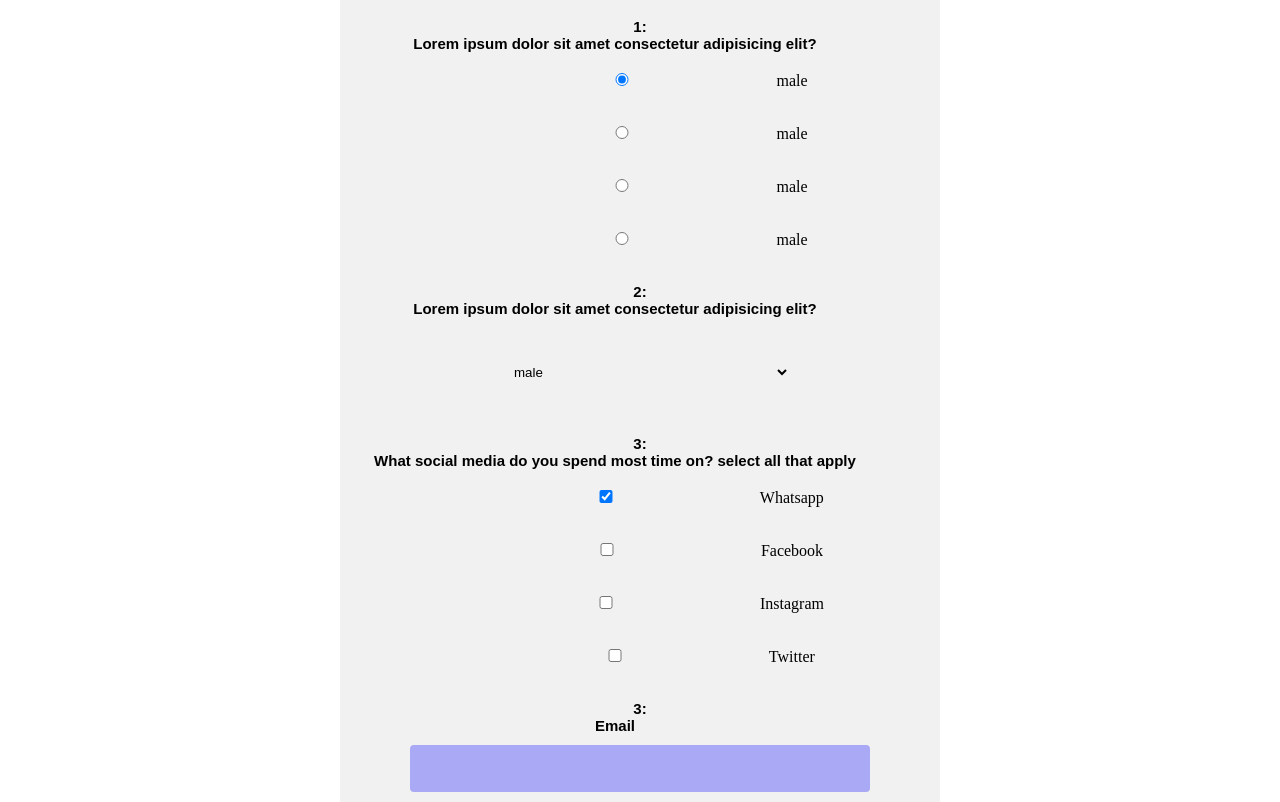
Repository: Grace229/Hasob-form
Page: index.html
An editor plug-in stored every save of this project. The page is shown before and after a run of saves, followed by the edit.
The browser window is 1280 px wide. The pictures show the whole page.

Above is the page before, as saved 2020-12-27 11:40:46.

After the next 3 saves:
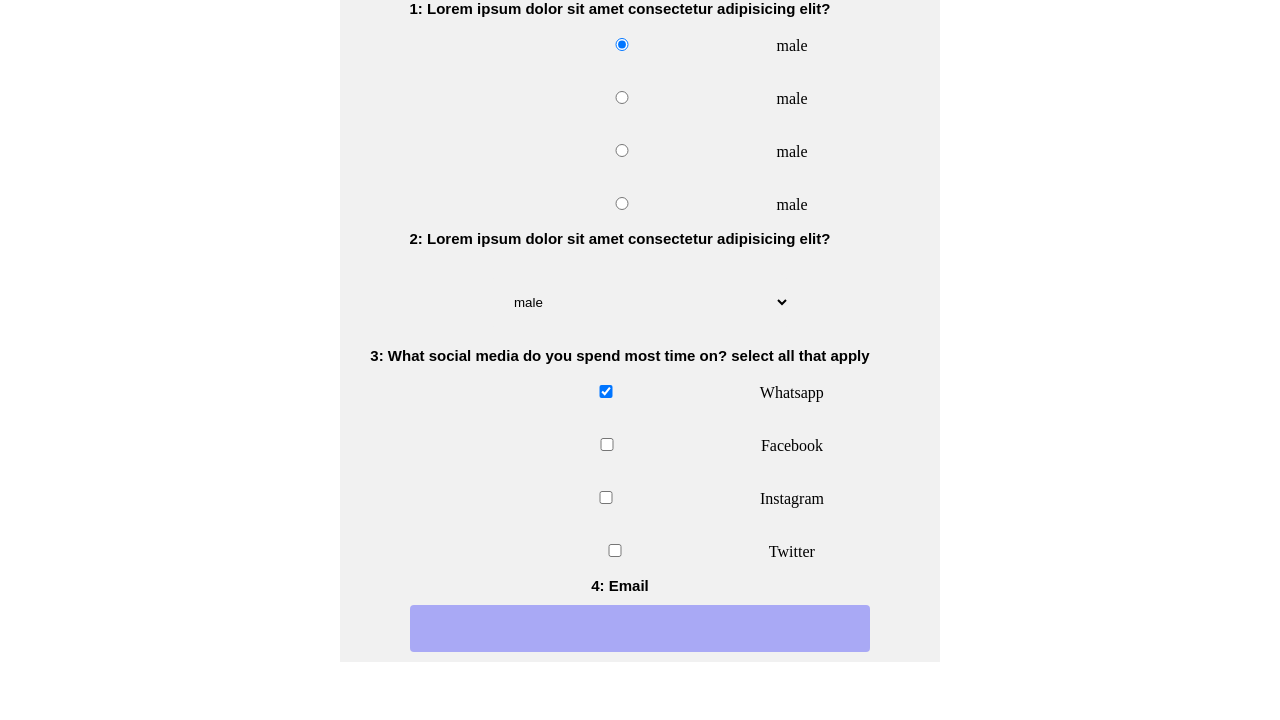
The 3 saves are shown as one change because they came seconds apart.
The last was saved 14 s later.
--- a/index.html
+++ b/index.html
@@ -10,7 +10,7 @@
     <form>
         <!-- radio button -->
         <div>
-            <label class="question" for=""><p>1:</p> Lorem ipsum dolor sit amet consectetur adipisicing elit? </label> <br>
+            <label class="question" for="">1: Lorem ipsum dolor sit amet consectetur adipisicing elit? </label> <br>
                 <input type="radio" name="gender" value="male" class="input" checked>
                 <label> male</label>
                 <input type="radio" name="gender" value="male" class="input">
@@ -23,7 +23,7 @@
         </div>
         <!-- dropdown -->
         <div>
-            <label  class="question" for=""><p>2:</p> Lorem ipsum dolor sit amet consectetur adipisicing elit? </label><br>
+            <label  class="question" for="">2: Lorem ipsum dolor sit amet consectetur adipisicing elit? </label><br>
                <select name="grace" id="input">
                    <option value="male" class="check">
                     <label> male</label>
@@ -41,7 +41,7 @@
         </div>
         <!-- checkboxes -->
            <div>
-            <label  class="question" for=""><p>3:</p> What social media do you spend most time on? select all that apply</label><br>
+            <label  class="question" for="">3: What social media do you spend most time on? select all that apply</label><br>
                <input type="checkbox" name="gender" value="male" class="input" checked>
                <label> Whatsapp</label>
                 <input type="checkbox" name="gender" value="male" class="input">
@@ -53,7 +53,7 @@
         </div>
         <!-- textbox -->
         <div>
-            <label  class="question" for=""> <p>3:</p> Email</label> <br>
+            <label  class="question" for=""> 4: Email</label> <br>
             <input type="email" name="email" id="email">
         </div>
    </form>
